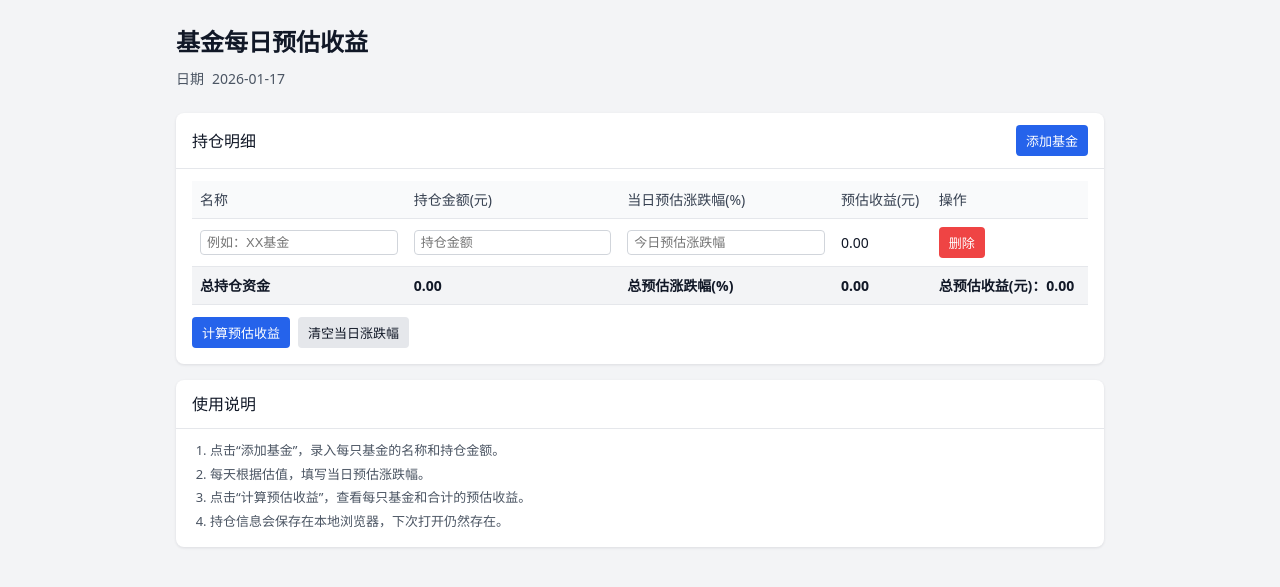
Repository: zt-boom/finance
Page: index.html
These files come from the project's save history. The page is drawn as it stood at one moment and after the next save; the edit follows.
The browser window is 1280 px wide. The pictures show the whole page.

Above is the page before, as saved 2026-01-17 11:56:27.

After the next save:
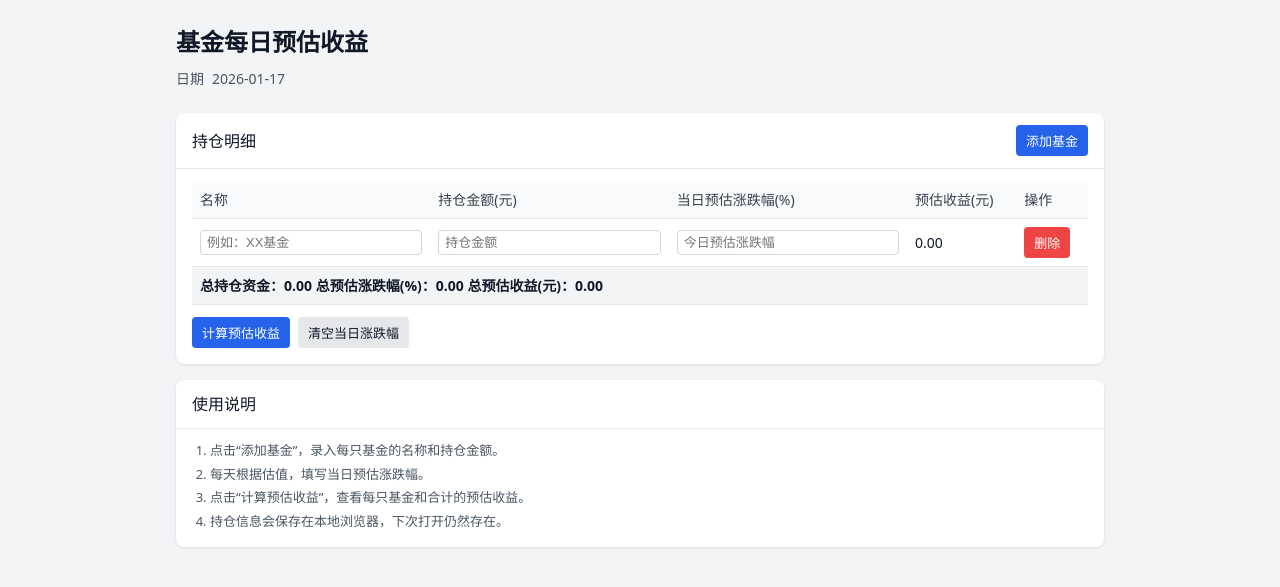
Saved 4 min 43 s later.
--- a/index.html
+++ b/index.html
@@ -36,11 +36,13 @@
 <tbody id="fund-table-body"></tbody>
 <tfoot>
 <tr class="summary-row">
-<td>总持仓资金</td>
-<td id="total-amount">0.00</td>
-<td>总预估涨跌幅(%)</td>
-<td id="total-percent">0.00</td>
-<td>总预估收益(元)：<span id="total-profit">0.00</span></td>
+<td colspan="5">
+<div class="summary-items">
+<span>总持仓资金：<strong id="total-amount">0.00</strong></span>
+<span>总预估涨跌幅(%)：<strong id="total-percent">0.00</strong></span>
+<span>总预估收益(元)：<strong id="total-profit">0.00</strong></span>
+</div>
+</td>
 </tr>
 </tfoot>
 </table>
